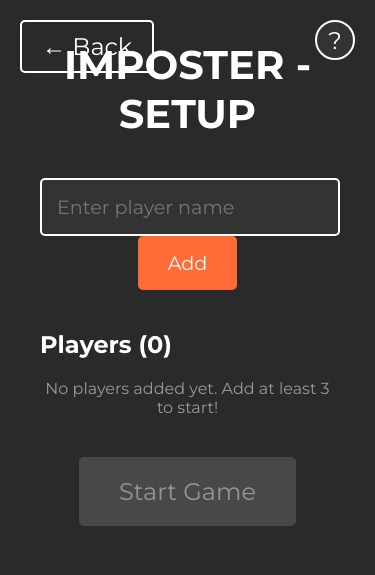
Repository: nfemmanuel/game-night-app
Page: /imposter-setup
The author's editor kept a copy of each file at every save. The page is drawn from the files as they stood at one save, then again after the next save.
The browser window is 375 px wide. The pictures show the whole page.
The project was rebuilt for these pictures with package versions that can differ from the ones it lists, and the page was loaded fresh each time. Also part of the build but not shown: src/components/GameCard.module.css, src/components/GameCard.jsx, src/pages/LandingPage.jsx, src/data/wordList.js, src/pages/ImposterReveal.jsx, src/pages/ImposterVoting.jsx.

Above is the page before, as saved 2025-12-31 18:09:45.

### public/index.html
<!DOCTYPE html>
<html lang="en">
  <head>
    <meta charset="utf-8" />
    <link rel="icon" href="%PUBLIC_URL%/favicon.ico" />
    <link rel="preconnect" href="https://fonts.googleapis.com">
    <link rel="preconnect" href="https://fonts.gstatic.com" crossorigin>
    <link href="https://fonts.googleapis.com/css2?family=Montserrat:wght@400;600;700&display=swap" rel="stylesheet">
    <meta name="viewport" content="width=device-width, initial-scale=1" />
    <meta name="theme-color" content="#000000" />
    <meta
      name="description"
      content="Web site created using create-react-app"
    />
    <link rel="apple-touch-icon" href="%PUBLIC_URL%/logo192.png" />
    <!--
      manifest.json provides metadata used when your web app is installed on a
      user's mobile device or desktop. See https://developers.google.com/web/fundamentals/web-app-manifest/
    -->
    <link rel="manifest" href="%PUBLIC_URL%/manifest.json" />
    <!--
      Notice the use of %PUBLIC_URL% in the tags above.
      It will be replaced with the URL of the `public` folder during the build.
      Only files inside the `public` folder can be referenced from the HTML.

      Unlike "/favicon.ico" or "favicon.ico", "%PUBLIC_URL%/favicon.ico" will
      work correctly both with client-side routing and a non-root public URL.
      Learn how to configure a non-root public URL by running `npm run build`.
    -->
    <title>React App</title>
  </head>
  <body>
    <noscript>You need to enable JavaScript to run this app.</noscript>
    <div id="root"></div>
    <!--
      This HTML file is a template.
      If you open it directly in the browser, you will see an empty page.

      You can add webfonts, meta tags, or analytics to this file.
      The build step will place the bundled scripts into the <body> tag.

      To begin the development, run `npm start` or `yarn start`.
      To create a production bundle, use `npm run build` or `yarn build`.
    -->
  </body>
</html>

### src/App.js
import { BrowserRouter, Routes, Route } from 'react-router-dom';
import './styles/global.css';
import LandingPage from './pages/LandingPage';
import ImposterSetup from './pages/ImposterSetup';
import ImposterReveal from './pages/ImposterReveal';
import ImposterVoting from './pages/ImposterVoting';

function App() {
  return (
    <BrowserRouter>
      <Routes>
        <Route path="/" element={<LandingPage />} />
        <Route path="/imposter-setup" element={<ImposterSetup />} />
        <Route path="/imposter-reveal" element={<ImposterReveal />} />
        <Route path="/imposter-voting" element={<ImposterVoting />} />
      </Routes>
    </BrowserRouter>
  );
}

export default App;

### src/styles/global.css
* {
    margin: 0;
    padding: 0;
    box-sizing: border-box;
}

body {
    font-family: 'Montserrat', 'Helvetica Neue', 'Arial', sans-serif;
    background-color: rgb(42, 42, 42);
    color: white;
    overflow: hidden;
}

button {
    cursor: pointer;
    border: none;
    border-radius: 5px;
    font-family: inherit;
    font-size: 1rem;
    padding: 10px 20px;
}

/* Mobile adjustments only - won't affect desktop */
@media (max-width: 768px) {
    body {
        overflow-y: auto;
    }

    /* Make large headings smaller on mobile */
    h1 {
        font-size: 3rem !important;
    }
}

@media (max-width: 480px) {
    h1 {
        font-size: 2.5rem !important;
    }
}

### src/pages/ImposterSetup.jsx
import { useState } from 'react';
import BackButton from '../components/BackButton';
import HelpButton from '../components/HelpButton';
import { useNavigate, useLocation } from 'react-router-dom';

function ImposterSetup() {
    const navigate = useNavigate();
    const location = useLocation();

    // Keep player list if coming back from game
    const [playerName, setPlayerName] = useState('');
    const [players, setPlayers] = useState(location.state?.players || []);

    const addPlayer = () => {
        if (playerName.trim() && !players.includes(playerName.trim())) {
            setPlayers([...players, playerName.trim()]);
            setPlayerName('');
        }
    };

    const removePlayer = (indexToRemove) => {
        setPlayers(players.filter((_, index) => index !== indexToRemove));
    };

    const movePlayerUp = (index) => {
        if (index === 0) return;
        const newPlayers = [...players];
        [newPlayers[index - 1], newPlayers[index]] = [newPlayers[index], newPlayers[index - 1]];
        setPlayers(newPlayers);
    };

    const movePlayerDown = (index) => {
        if (index === players.length - 1) return;
        const newPlayers = [...players];
        [newPlayers[index], newPlayers[index + 1]] = [newPlayers[index + 1], newPlayers[index]];
        setPlayers(newPlayers);
    };

    const resetPlayers = () => {
        setPlayers([]);
    };

    const handleKeyPress = (e) => {
        if (e.key === 'Enter') {
            addPlayer();
        }
    };

    const startGame = () => {
        navigate('/imposter-reveal', {
            state: { players }
        });
    };

    return (
        <div style={{ padding: '40px', textAlign: 'center', maxWidth: '600px', margin: '0 auto' }}>
            <BackButton to="/" />
            <HelpButton />
            <h1>IMPOSTER - SETUP</h1>

            <div style={{ marginTop: '40px' }}>
                <input
                    type="text"
                    value={playerName}
                    onChange={(e) => setPlayerName(e.target.value)}
                    onKeyPress={handleKeyPress}
                    placeholder="Enter player name"
                    style={{
                        padding: '15px',
                        fontSize: '1.2rem',
                        borderRadius: '5px',
                        border: '2px solid white',
                        width: '300px',
                        marginRight: '10px',
                        fontFamily: 'inherit',
                        backgroundColor: '#333',
                        color: 'white'
                    }}
                />
                <button
                    onClick={addPlayer}
                    style={{
                        padding: '15px 30px',
                        fontSize: '1.2rem',
                        backgroundColor: '#FF6B35',
                        color: 'white'
                    }}
                >
                    Add
                </button>
            </div>

            <div style={{ marginTop: '40px' }}>
                <div style={{ display: 'flex', justifyContent: 'space-between', alignItems: 'center', marginBottom: '20px' }}>
                    <h2>Players ({players.length})</h2>
                    {players.length > 0 && (
                        <button
                            onClick={resetPlayers}
                            style={{
                                padding: '10px 20px',
                                fontSize: '1rem',
                                backgroundColor: '#E74C3C',
                                color: 'white',
                                cursor: 'pointer'
                            }}
                        >
                            Reset All
                        </button>
                    )}
                </div>

                {players.length === 0 ? (
                    <p style={{ color: '#999' }}>No players added yet. Add at least 3 to start!</p>
                ) : (
                    <ul style={{ listStyle: 'none', padding: 0 }}>
                        {players.map((player, index) => (
                            <li key={index} style={{
                                fontSize: '1.3rem',
                                margin: '15px 0',
                                display: 'flex',
                                alignItems: 'center',
                                justifyContent: 'space-between',
                                backgroundColor: '#333',
                                padding: '10px 20px',
                                borderRadius: '10px'
                            }}>
                                <span>{index + 1}. {player}</span>
                                <div>
                                    <button
                                        onClick={() => movePlayerUp(index)}
                                        disabled={index === 0}
                                        style={{
                                            padding: '5px 15px',
                                            marginRight: '5px',
                                            backgroundColor: index === 0 ? '#555' : '#4A90E2',
                                            color: 'white',
                                            cursor: index === 0 ? 'not-allowed' : 'pointer',
                                            border: 'none',
                                            borderRadius: '5px'
                                        }}
                                    >
                                        ▲
                                    </button>
                                    <button
                                        onClick={() => movePlayerDown(index)}
                                        disabled={index === players.length - 1}
                                        style={{
                                            padding: '5px 15px',
                                            marginRight: '5px',
                                            backgroundColor: index === players.length - 1 ? '#555' : '#4A90E2',
                                            color: 'white',
                                            cursor: index === players.length - 1 ? 'not-allowed' : 'pointer',
                                            border: 'none',
                                            borderRadius: '5px'
                                        }}
                                    >
                                        ▼
                                    </button>
                                    <button
                                        onClick={() => removePlayer(index)}
                                        style={{
                                            padding: '5px 15px',
                                            backgroundColor: '#E74C3C',
                                            color: 'white',
                                            cursor: 'pointer',
                                            border: 'none',
                                            borderRadius: '5px'
                                        }}
                                    >
                                        ✕
                                    </button>
                                </div>
                            </li>
                        ))}
                    </ul>
                )}
            </div>

            <button
                onClick={startGame}
                disabled={players.length < 3}
                style={{
                    marginTop: '40px',
                    padding: '20px 40px',
                    fontSize: '1.5rem',
                    backgroundColor: players.length >= 3 ? '#4CAF50' : '#666',
                    color: 'white',
                    cursor: players.length >= 3 ? 'pointer' : 'not-allowed',
                    opacity: players.length >= 3 ? 1 : 0.5
                }}
            >
                Start Game
            </button>
        </div>
    );
}

export default ImposterSetup;

### src/components/HelpButton.jsx
import { useState } from 'react';

function HelpButton() {
    const [showHelp, setShowHelp] = useState(false);

    return (
        <div
            style={{
                position: 'fixed',
                top: '20px',
                right: '20px',
                zIndex: 1000
            }}
            onMouseEnter={() => setShowHelp(true)}
            onMouseLeave={() => setShowHelp(false)}
        >
            <div
                style={{
                    width: '40px',
                    height: '40px',
                    borderRadius: '50%',
                    border: '2px solid white',
                    color: 'white',
                    fontSize: '1.5rem',
                    display: 'flex',
                    alignItems: 'center',
                    justifyContent: 'center',
                    cursor: 'pointer',
                    backgroundColor: '#333'
                }}
            >
                ?
            </div>

            {showHelp && (
                <div
                    style={{
                        position: 'absolute',
                        top: '50px',
                        right: '0',
                        backgroundColor: '#222',
                        border: '2px solid white',
                        borderRadius: '10px',
                        padding: '20px',
                        width: '300px',
                        textAlign: 'left',
                        fontSize: '0.9rem',
                        lineHeight: '1.5'
                    }}
                >
                    <h3 style={{ marginTop: 0, marginBottom: '10px', fontSize: '1.1rem' }}>
                        How to Play Imposter
                    </h3>
                    <ol style={{ paddingLeft: '20px', margin: 0 }}>
                        <li>Add 3+ player names</li>
                        <li>One random player is secretly the imposter</li>
                        <li>Everyone else sees the same secret word</li>
                        <li>Pass the phone around - each player holds the card to see their word</li>
                        <li>The imposter sees "You're the imposter. Shh!"</li>
                        <li>After everyone has seen their card, discuss and guess who the imposter is</li>
                        <li>Vote for the imposter or skip to reveal</li>
                    </ol>
                </div>
            )}
        </div>
    );
}

export default HelpButton;

### src/components/BackButton.jsx
import { useNavigate } from 'react-router-dom';

function BackButton({ to = '/' }) {
    const navigate = useNavigate();

    return (
        <button
            onClick={() => navigate(to)}
            style={{
                position: 'fixed',
                top: '20px',
                left: '20px',
                padding: '10px 20px',
                fontSize: '1.5rem',
                backgroundColor: 'transparent',
                border: '2px solid white',
                color: 'white',
                cursor: 'pointer',
                borderRadius: '5px',
                zIndex: 1000
            }}
        >
            ← Back
        </button>
    );
}

export default BackButton;

Loaded but not shown: src/index.js (common file); src/index.css (common file); src/reportWebVitals.js (common file)

After the next save:
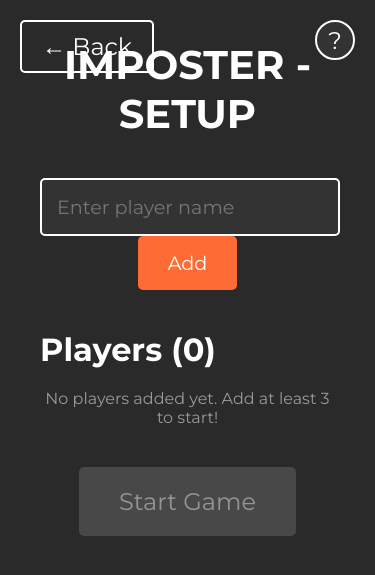
Saved 101 s later.
--- a/src/styles/global.css
+++ b/src/styles/global.css
@@ -36,4 +36,8 @@ button {
     h1 {
         font-size: 2.5rem !important;
     }
+
+    h2 {
+        font-size: 2rem !important;
+    }
 }
